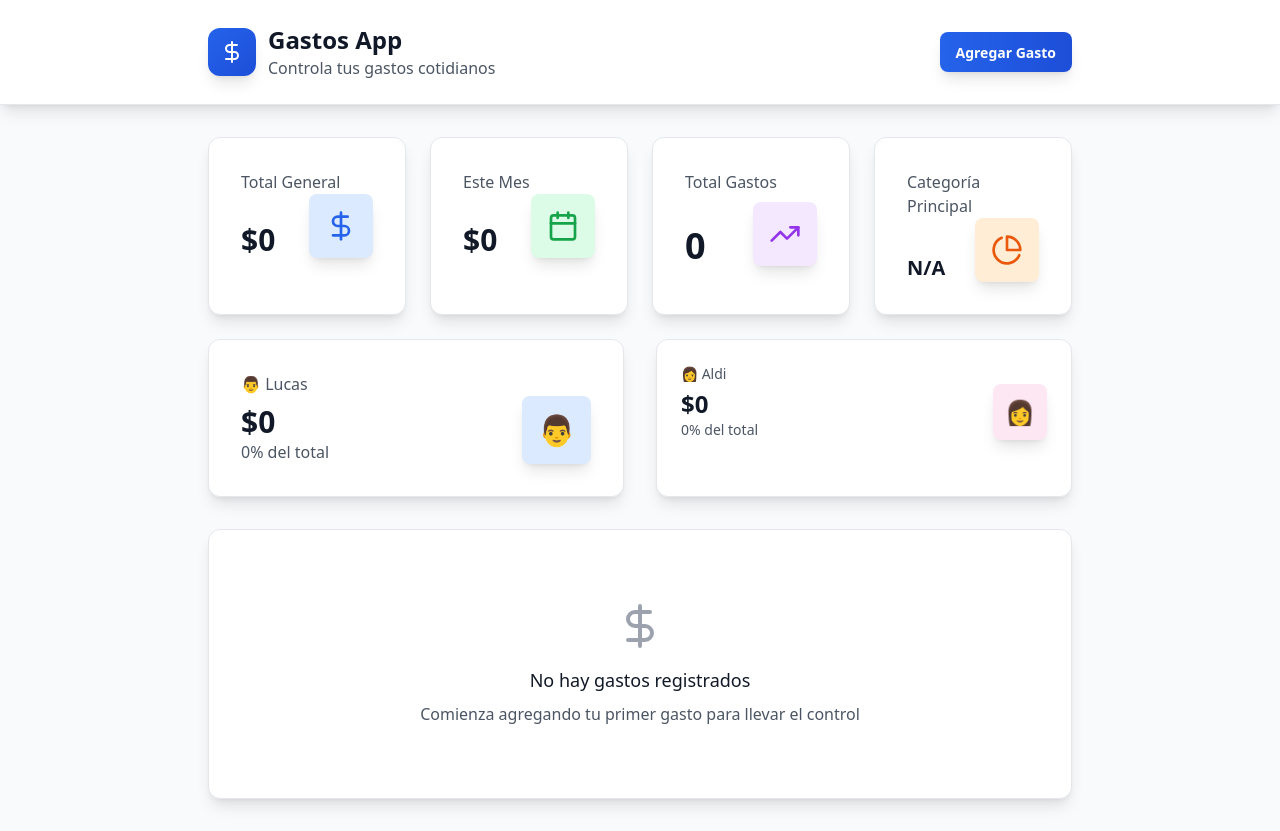
Repository: lucastenaglia/Gastosapp
Page: /
The author's editor kept a copy of each file at every save. The page is drawn from the files as they stood at one save, then again after the next save.
The browser window is 1280 px wide. The pictures show the whole page.
The page's requests for data from a server got no answer. The project was rebuilt for these pictures with package versions that can differ from the ones it lists, and the page was loaded fresh each time. No one was signed in, and anything a server would have sent is missing. Also part of the build but not shown: vite.config.js, src/components/ExpenseForm.jsx.

Above is the page before, as saved 2025-08-03 21:46:00.

After the next save:
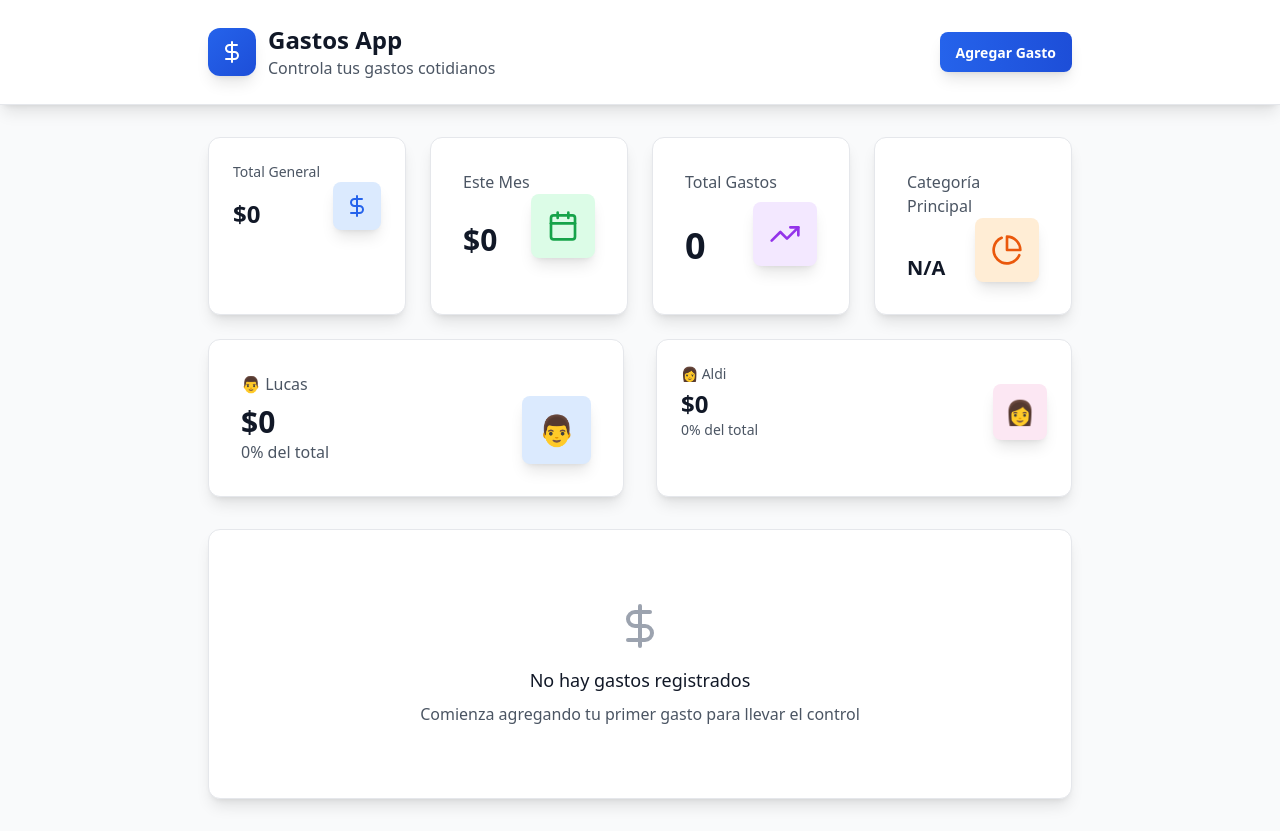
Saved 8 s later.
--- a/src/components/ExpenseSummary.jsx
+++ b/src/components/ExpenseSummary.jsx
@@ -40,15 +40,15 @@ const ExpenseSummary = ({ expenses }) => {
       {/* Primera fila - Estadísticas generales */}
       <div className="grid grid-cols-2 lg:grid-cols-4 gap-3 sm:gap-6">
                  {/* Total General */}
-         <div className="card relative p-4 sm:p-6 lg:p-8">
+         <div className="card relative p-4 sm:p-6">
            <div>
-             <p className="text-xs sm:text-sm lg:text-base font-medium text-gray-600">Total General</p>
+             <p className="text-xs sm:text-sm font-medium text-gray-600">Total General</p>
              <div className="flex items-end justify-between">
-               <p className="text-lg sm:text-2xl lg:text-3xl font-bold text-gray-900">
+               <p className="text-lg sm:text-2xl font-bold text-gray-900">
                  {formatCurrency(totalExpenses)}
                </p>
-               <div className="bg-blue-100 p-2 sm:p-3 lg:p-4 rounded-lg shadow-lg">
-                 <DollarSign className="h-4 w-4 sm:h-6 sm:w-6 lg:h-8 lg:w-8 text-blue-600" />
+               <div className="bg-blue-100 p-2 sm:p-3 rounded-lg shadow-lg">
+                 <DollarSign className="h-4 w-4 sm:h-6 sm:w-6 text-blue-600" />
                </div>
              </div>
            </div>
